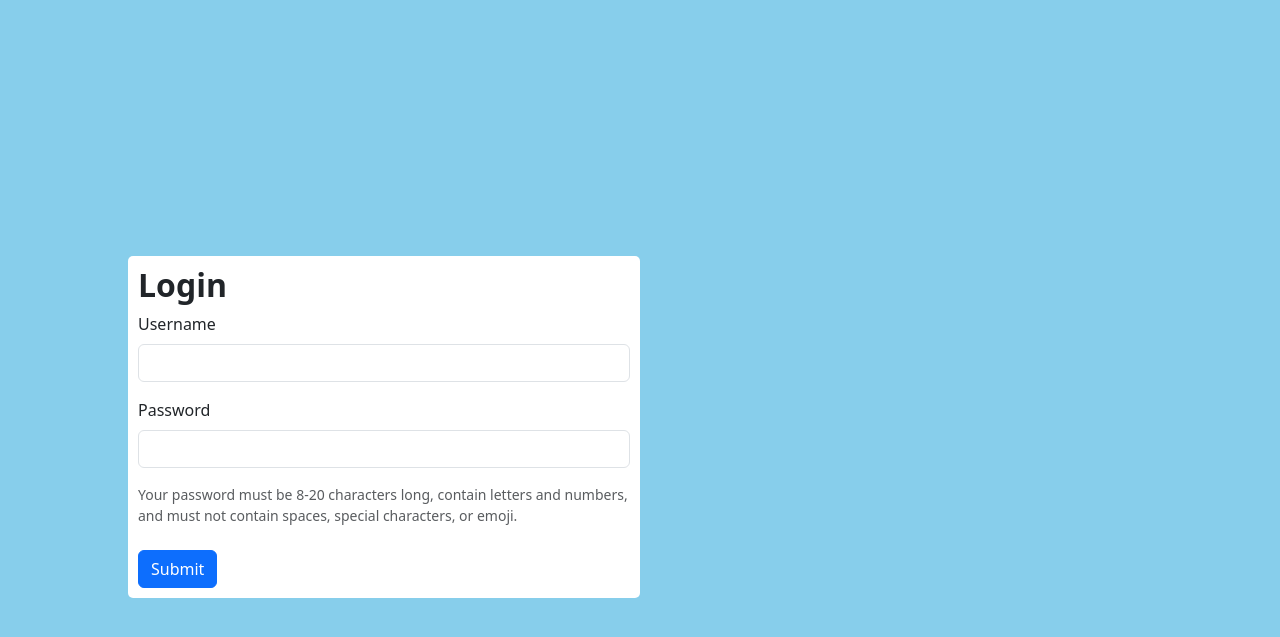
Repository: sarathraj2002/todo-list
Page: login.html
These files come from the project's save history. The page is drawn as it stood at one moment and after the next save; the edit follows.
The browser window is 1280 px wide. The pictures show the whole page.

Above is the page before, as saved 2024-09-05 11:13:25.

After the next save:
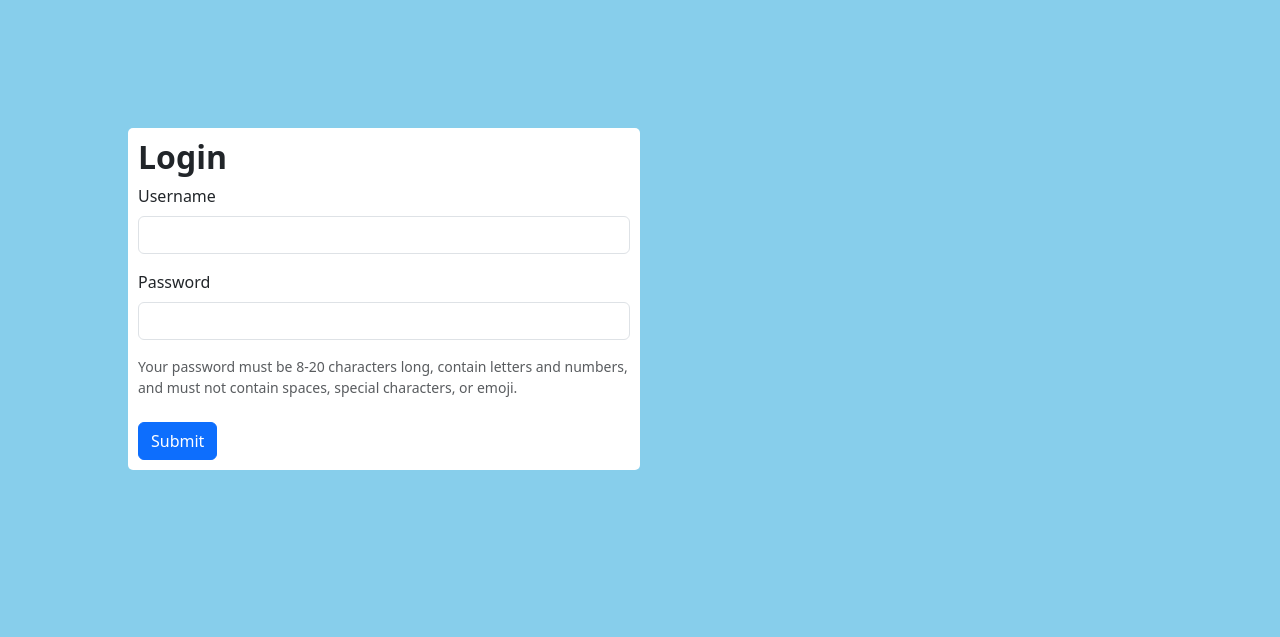
Saved 5 s later.
--- a/style.css
+++ b/style.css
@@ -15,5 +15,5 @@ body{
     margin-left: 10%;
     border-radius: 5px;
     background-color: white;
-    margin-top: 20%;
+    margin-top: 10%;
 }
